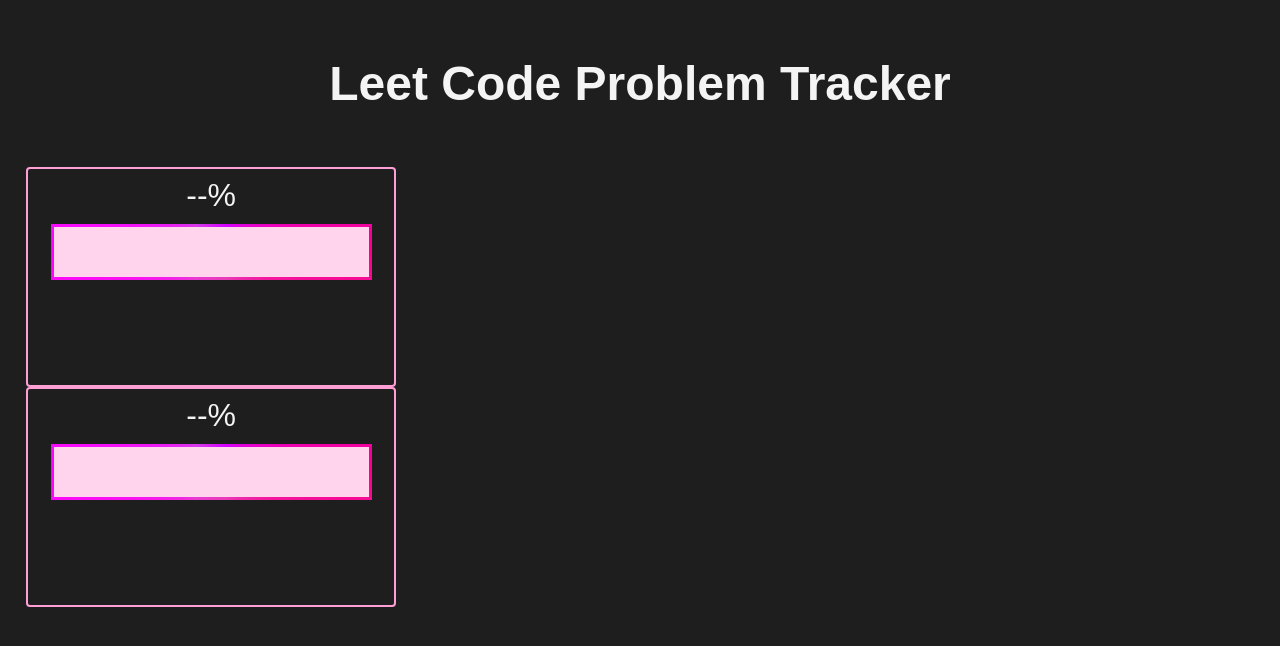
Repository: bbrockbrown/leet-code-tracker
Page: index.html
These files come from the project's save history. The page is drawn as it stood at one moment and after the next save; the edit follows.
The browser window is 1280 px wide. The pictures show the whole page.

Above is the page before, as saved 2024-07-28 17:03:16.

After the next save:
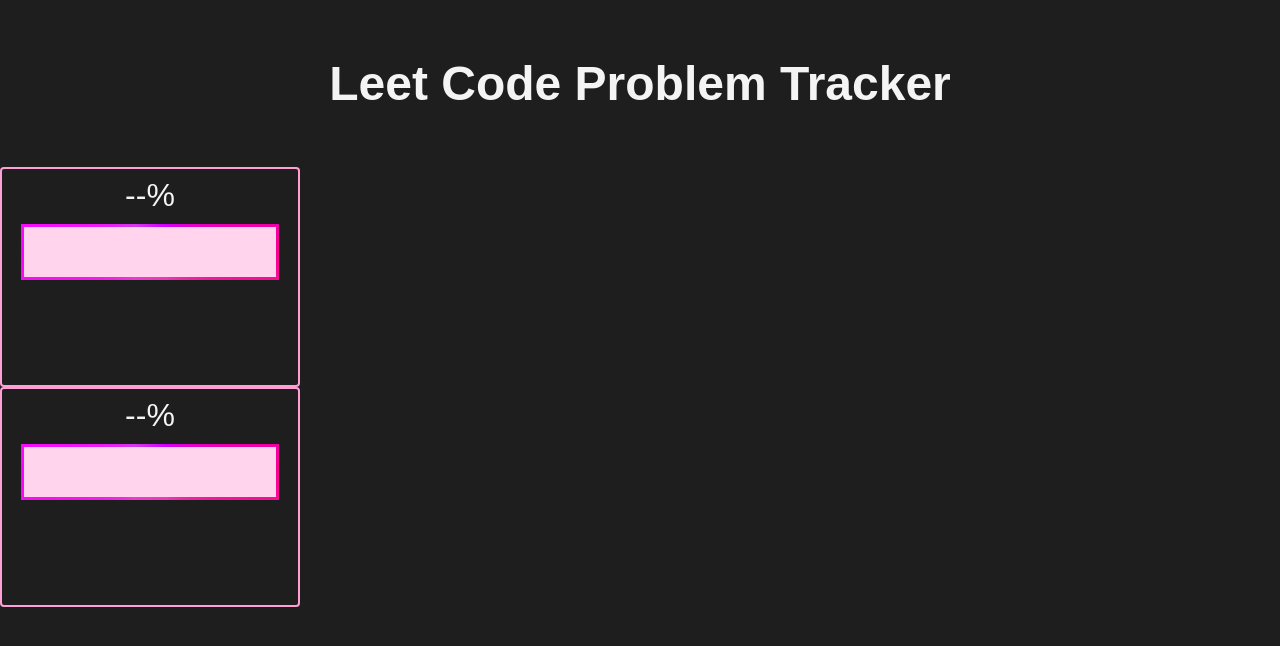
Saved 10 s later.
--- a/styles.css
+++ b/styles.css
@@ -45,7 +45,7 @@ body {
     flex-flow: row wrap;
     align-items: center;
     justify-content: space-evenly;
-    width: 33%;
+    width: 300px;
 }
 
 .todo-tracking, .completed-tracking {
